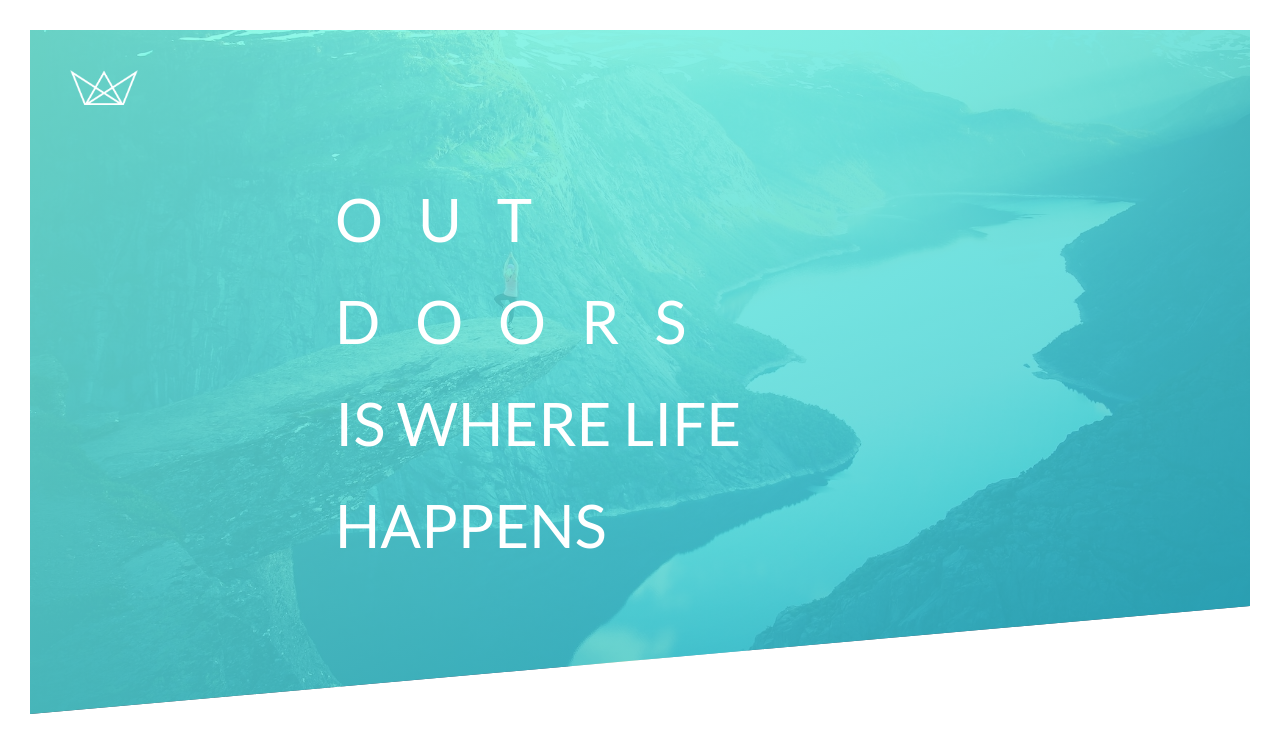
Repository: haokiet2501/natours-page
Page: index.html
The author's editor kept a copy of each file at every save. The page is drawn from the files as they stood at one save, then again after a run of saves.
The browser window is 1280 px wide. The pictures show the whole page.

Above is the page before, as saved 2022-07-31 17:12:05.

### index.html
<!DOCTYPE html>
<html lang="en">
<head>
    <meta charset="UTF-8">
    <meta http-equiv="X-UA-Compatible" content="IE=edge">
    <meta name="viewport" content="width=device-width, initial-scale=1.0">
    <link rel="shortcut icon" href="img/favicon.png" type="image/x-icon">
    <link rel="stylesheet" href="styles.css">
    <title>Natours</title>
</head>
<body>
    <header class="header">
        <div class="logo">
            <img src="img/logo-white.png" alt="Logo" class="logo-img">
        </div>
        <div class="heading">
            <h1 class="heading-text">
                <span class="heading-subtitle">
                    Out doors
                </span>
                <span class="heading-subtext">
                    is where life happens
                </span>
            </h1>
        </div>
    </header>
</body>
</html>

### styles.css
@import url('https://fonts.googleapis.com/css2?family=Lato:wght@300;400;700;900&display=swap');

* {
    margin: 0;
    padding: 0;
    box-sizing: border-box;
}

:root {
    --lighten-blue: #69ffd7;
    --medium-blue: #3badd4;
    --dark-blue: #1b92c2;
}

body {
    font-family: "Lato", sans-serif;
    line-height: 1.7;
    font-weight: 400;
    font-size: 16px;
    color: #777;
    padding: 30px;
}

html {
    scroll-behavior: smooth;
}

.header {
    position: relative;
    height: 95vh;
    background-image: linear-gradient(
        to right bottom,
        rgba(126, 255, 232, 0.8),
        rgba(40, 187, 208, 0.8)
        ) ,url("./img/hero.jpg");
    background-size: cover;
    background-position: top;
    clip-path: polygon(0 0, 100% 0, 100% 80vh, 0 100%);
}

.logo {
    position: absolute;
    top: 40px;
    left: 40px;
}

.logo-img {
    height: 35px;
}

.heading {
    position: absolute;
    top: 50%;
    left: 50%;
    transform: translate(-50%, -50%);
}

.heading-text {
    color: #fff;
    text-transform: uppercase;
}

.heading-subtitle {
    display: block;
    font-size: 60px;
    font-weight: 400;
    letter-spacing: 35px;
}

.heading-subtext {
    display: block;
    font-size: 60px;
    font-weight: 400;
    letter-spacing: 35px17.4;
}

After the next 2 saves:
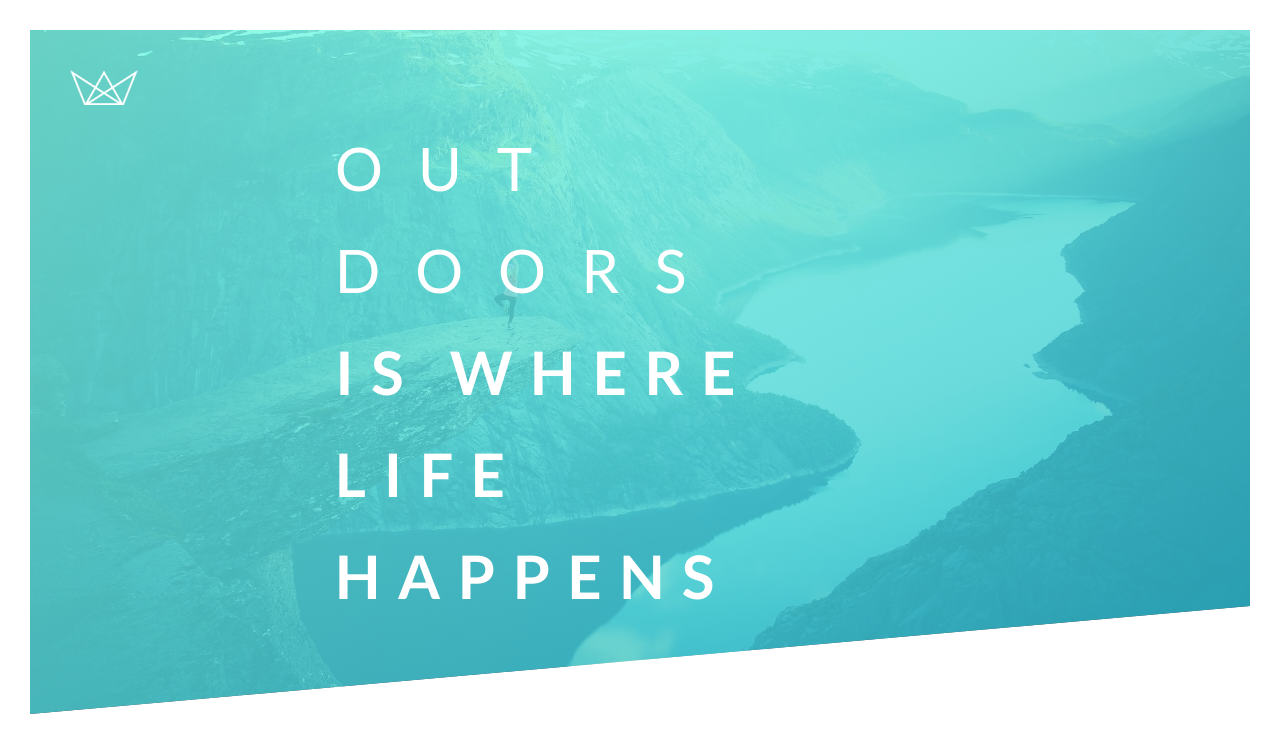
The 2 saves are shown as one change because they came seconds apart.
The last was saved 7 s later.
--- a/styles.css
+++ b/styles.css
@@ -70,6 +70,6 @@ html {
 .heading-subtext {
     display: block;
     font-size: 60px;
-    font-weight: 400;
-    letter-spacing: 35px17.4;
+    font-weight: 700;
+    letter-spacing: 17.4px;
 }
